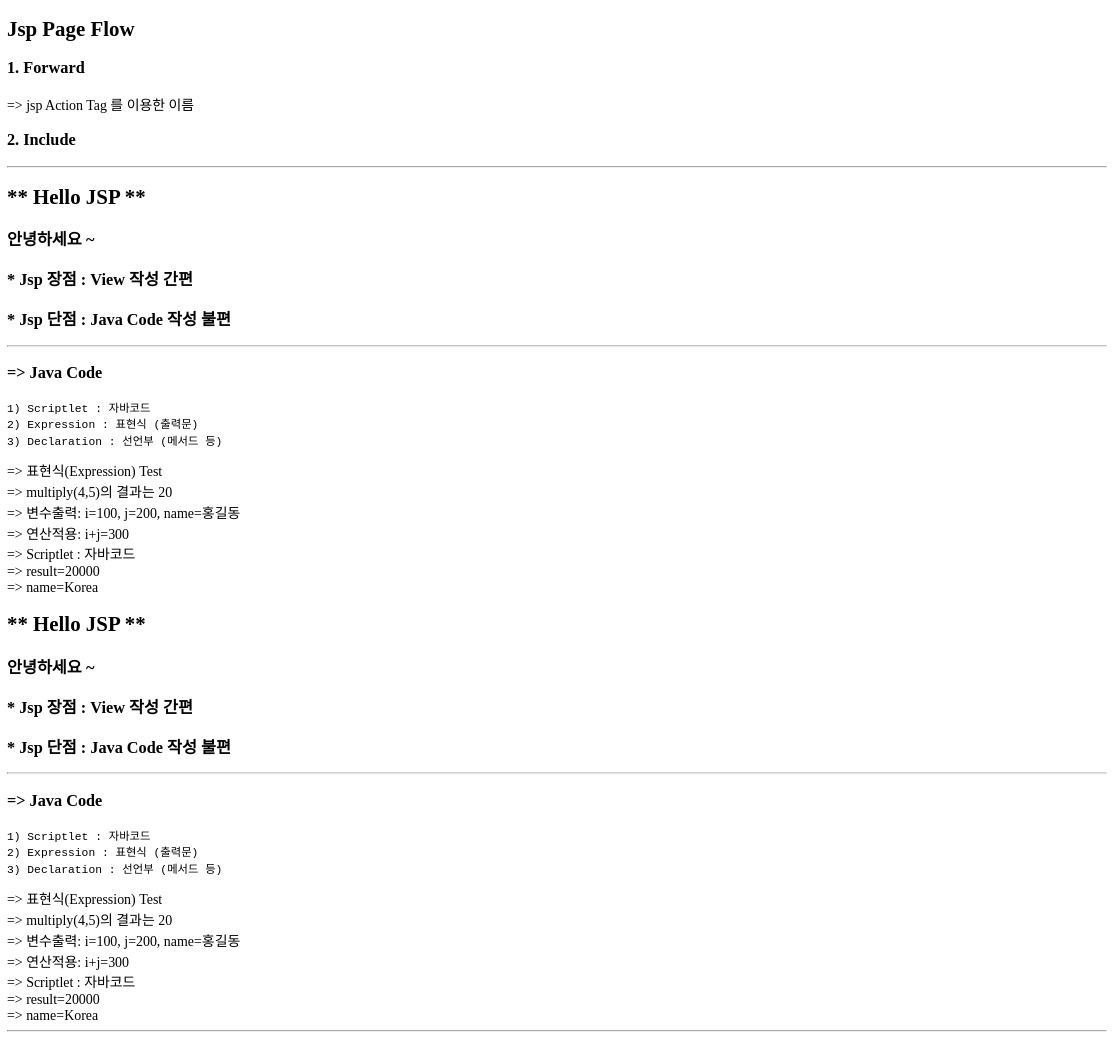
Repository: nameground/Java
Page: http://localhost/Web01/jsp01/ex04_PageFlow.jsp
These files come from the project's save history. The page is drawn as it stood at one moment and after the next save; the edit follows.
The browser window is 1280 px wide. The pictures show the whole page, at 87% of full size.
The page is served by Tomcat 9. Nobody is signed in. The application's start-up code is not run. Other server files are loaded and not shown.

Above is the page before, as saved 2023-10-12 07:12:00.

### mTest/Mywork/Web01/src/main/webapp/jsp01/ex04_PageFlow.jsp
<%@ page language="java" contentType="text/html; charset=UTF-8"
    pageEncoding="UTF-8"%>
<!DOCTYPE html>
<html>
<head>
<meta charset="UTF-8">
<title>Jsp Page Flow</title>
</head>
<body>
<h2> Jsp Page Flow</h2>
<h3>1. Forward</h3>
=> jsp Action Tag 를 이용한 이름
<script type="text/javascript">
	alert("Hello 로 이동합니다.");
	// => Forward Test 시에는
	// => 스크립트는 브라우져에서 실행되기 때문에 실행 되지않음.
	// => 서버에서 forward 된 화면이 response 로 출력 되기 때문
</script>
<%-- <jsp:forward page="ex01_HelloJsp.jsp"/> --%>

<h3>2. Include</h3>
<hr>
<jsp:include page = "ex01_HelloJsp.jsp" />
<%@ include file = "ex01_HelloJsp.jsp" %>
<hr>

</body>
</html>

### mTest/Mywork/Web01/src/main/webapp/jsp01/ex01_HelloJsp.jsp
<%@ page language="java" contentType="text/html; charset=UTF-8"
    pageEncoding="UTF-8"%>
<!DOCTYPE html>
<html>
<head>
<meta charset="UTF-8">
<title>** Hello JSP **</title>
</head>
<body>
<h2>** Hello JSP **</h2>
<h3>안녕하세요 ~</h3>
<h3>* Jsp 장점 : View 작성 간편</h3>
<h3>* Jsp 단점 : Java Code 작성 불편</h3>
<hr>
<h3>=> Java Code</h3>
<pre>
1) Scriptlet : 자바코드
2) Expression : 표현식 (출력문)
3) Declaration : 선언부 (메서드 등)
</pre>
<%! //Declaration : 선언부
	public int multiply(int a, int b) {
		return a*b;
	}
	String name="홍길동";
	int i=100;
	int j=200;
%>
=> 표현식(Expression) Test<br>
=> multiply(4,5)의 결과는 <%=multiply(4,5)%><br>
=> 변수출력: i=<%=i%>, j=<%=j%>, name=<%=name%><br>
=> 연산적용: i+j=<%=i+j%><br>

=> Scriptlet : 자바코드<br>
<% 	int result=multiply(i,j);
	name="Korea";
%>
=> result=<%=result%><br>
=> name=<%=name%><br>

</body>
</html>

After the next save:
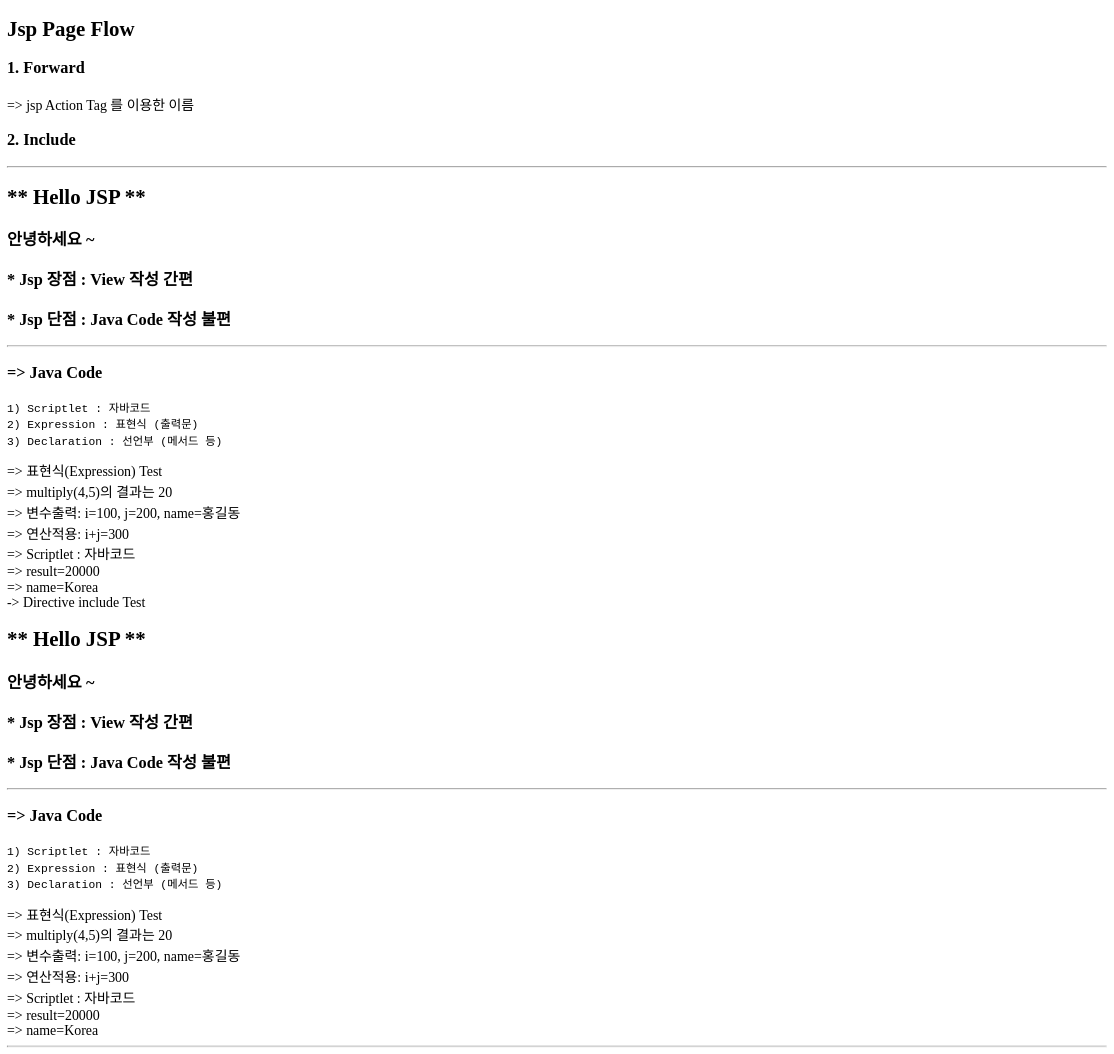
Saved 30 s later.
--- a/mTest/Mywork/Web01/src/main/webapp/jsp01/ex04_PageFlow.jsp
+++ b/mTest/Mywork/Web01/src/main/webapp/jsp01/ex04_PageFlow.jsp
@@ -21,6 +21,7 @@
 <h3>2. Include</h3>
 <hr>
 <jsp:include page = "ex01_HelloJsp.jsp" />
+-> Directive include Test <br>
 <%@ include file = "ex01_HelloJsp.jsp" %>
 <hr>
 
